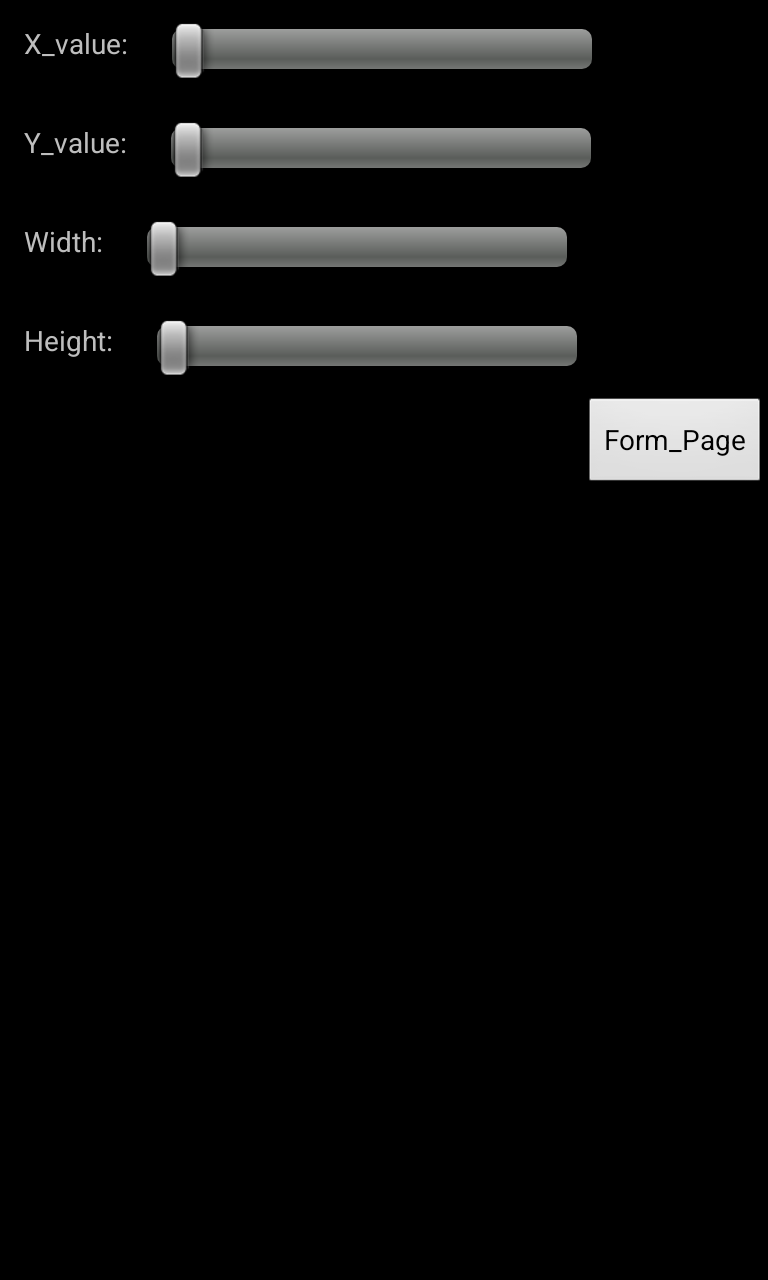
Repository: hzhang15/AndroidForm
Layout: workspace/demo_form_field/res/layout/test.xml
The author's editor kept a copy of each file at every save. The layout is drawn from the files as they stood at one save, then again after the next save.
It is drawn on a 768 x 1280 px phone screen (xhdpi) without system bars, with theme android:Theme; the app's code is not run.

Above is the layout before, as saved 2014-09-21 06:09:34.

After the next save:
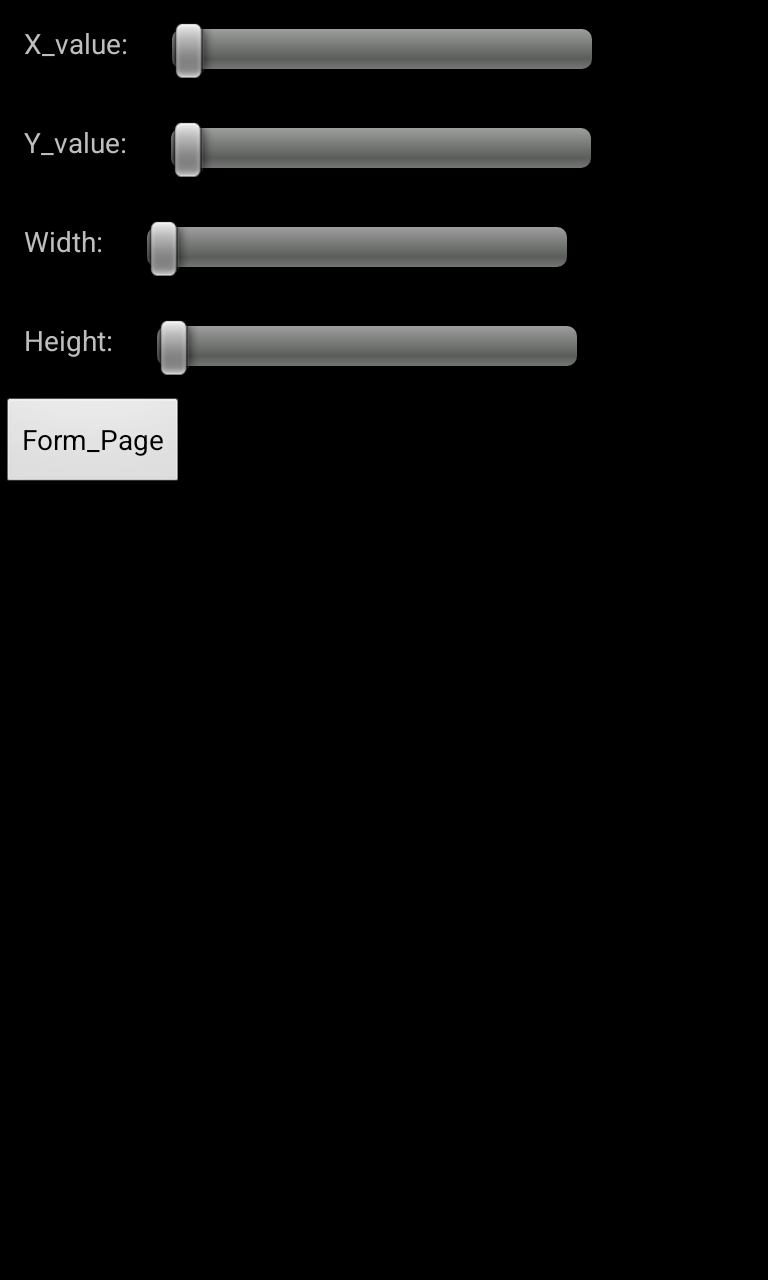
Saved 4 min 44 s later.
--- a/workspace/demo_form_field/res/layout/test.xml
+++ b/workspace/demo_form_field/res/layout/test.xml
@@ -100,6 +100,6 @@
         android:layout_width="wrap_content"
         android:layout_height="wrap_content"
         android:text="@string/form_page"
-        android:layout_gravity="right" />
+        android:layout_gravity="bottom" />
 
 </LinearLayout>

After the save that followed:
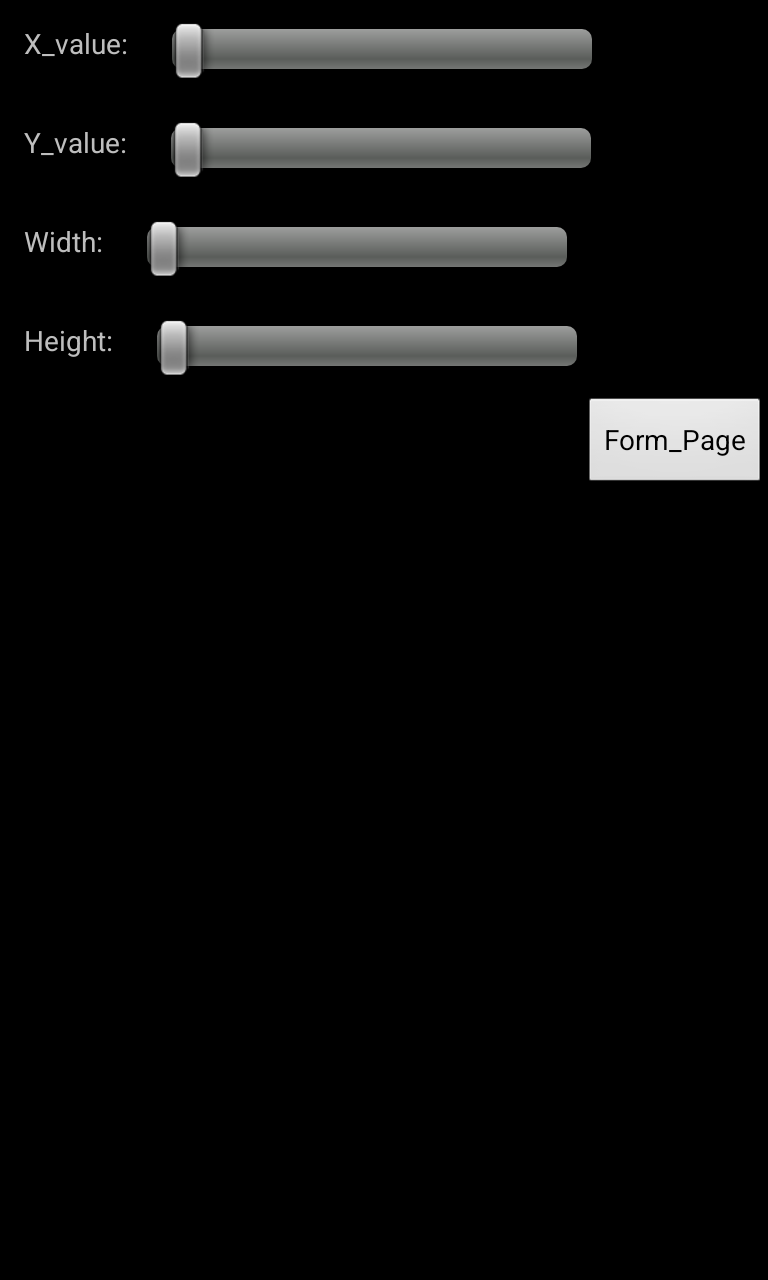
Saved 35 s later.
--- a/workspace/demo_form_field/res/layout/test.xml
+++ b/workspace/demo_form_field/res/layout/test.xml
@@ -100,6 +100,6 @@
         android:layout_width="wrap_content"
         android:layout_height="wrap_content"
         android:text="@string/form_page"
-        android:layout_gravity="bottom" />
+        android:layout_gravity="right" />
 
 </LinearLayout>
